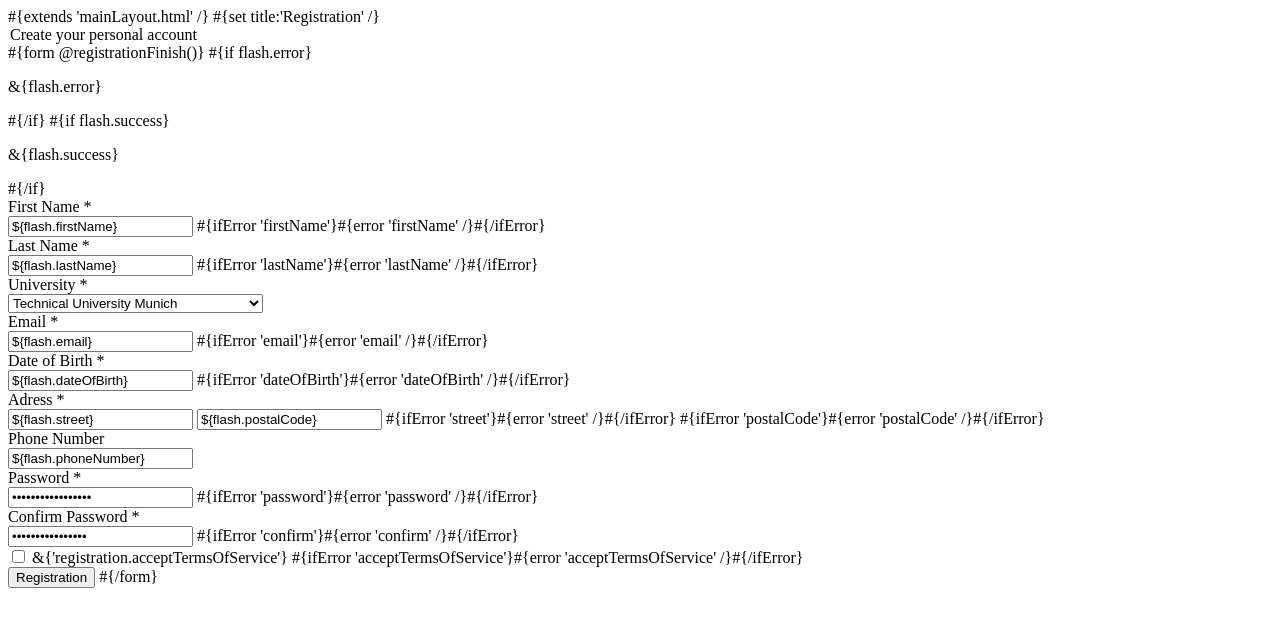
Repository: Maalejm/SEBA
Page: SlifeWebSite/app/views/casino/Registration/registration.html
An editor plug-in stored every save of this project. The page is shown before and after the next save, followed by the edit.
The browser window is 1280 px wide. The pictures show the whole page.

Above is the page before, as saved 2013-07-10 03:50:07.

After the next save:
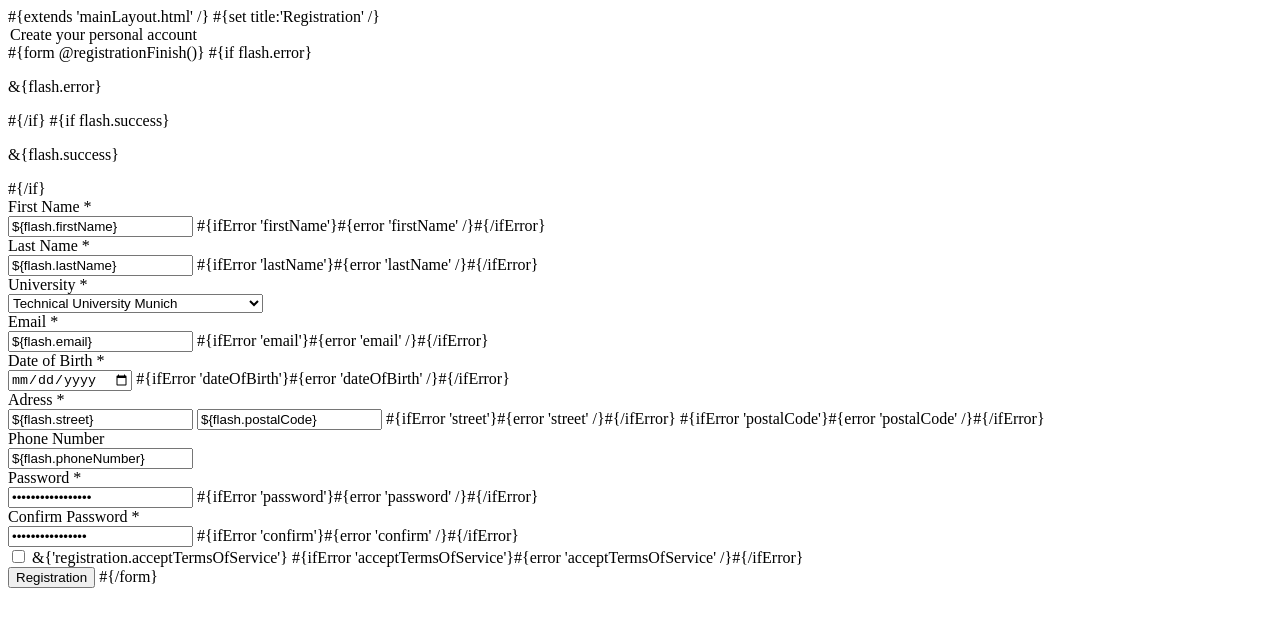
Saved 10 min 15 s later.
--- a/SlifeWebSite/app/views/casino/Registration/registration.html
+++ b/SlifeWebSite/app/views/casino/Registration/registration.html
@@ -85,7 +85,7 @@
         	<div align="left">Date of Birth *</div>
         </label>
         <div class="controls">
-			<input class="input-xlarge" type="text" name="dateOfBirth" id="dateOfBirth" placeholder="Date of Birth" value="${flash.dateOfBirth}"/>
+			<input class="input-xlarge" type="date" name="dateOfBirth" id="dateOfBirth" placeholder="Date of Birth" value="${flash.dateOfBirth}"/>
             #{ifError 'dateOfBirth'}<span class="error">#{error 'dateOfBirth' /}</span>#{/ifError}
         </div>
 	</div>
